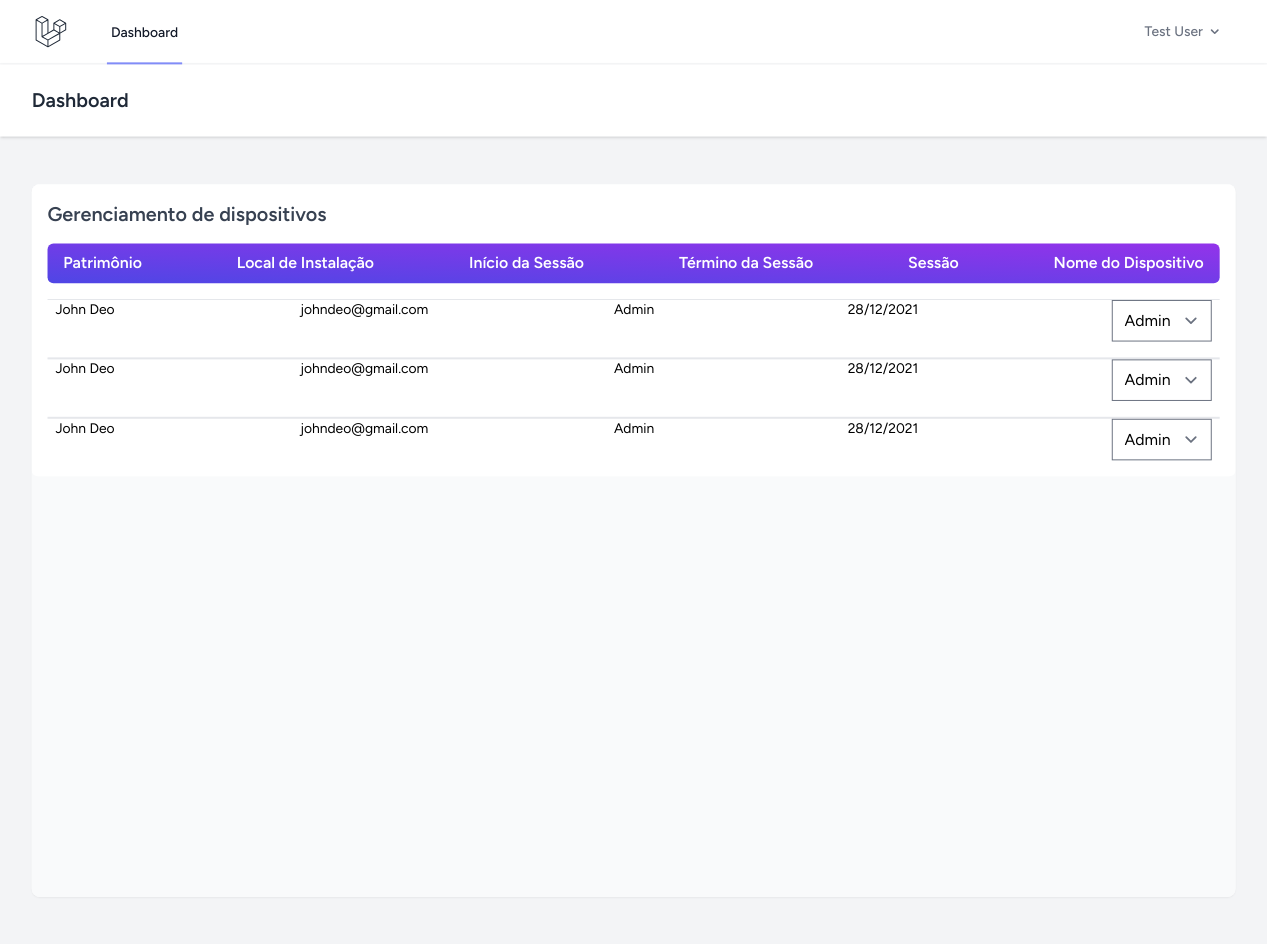
Repository: CrisMorgantee/device-logs
Page: http://localhost/dashboard
An editor plug-in stored every save of this project. The page is shown before and after the next save, followed by the edit.
The browser window is 1280 px wide. The pictures show the whole page, at 99% of full size.
The page is served by the project's Laravel application, run on PHP 8.4 with Laravel 10. A made-up administrator, Test User (test@example.com), is signed in. Other server files are loaded and not shown. Style sheets and scripts are compiled from the project's sources, by tool versions that may differ from the author's.

Above is the page before, as saved 2023-04-14 17:48:51.

### resources/views/dashboard.blade.php
<x-app-layout>
  <x-slot name="header">
    <h2 class="text-xl font-semibold leading-tight text-gray-800">
      {{ __('Dashboard') }}
    </h2>
  </x-slot>

  <div class="py-12">
    <div class="mx-auto max-w-7xl sm:px-6 lg:px-8">
      <div class="overflow-hidden bg-white shadow-sm sm:rounded-lg">
        <div class="min-h-screen bg-gray-50">
          <div class="rounded-md bg-white p-4">
            <div>
              <h2 class="mb-4 text-xl font-bold text-gray-700">Gerenciamento de dispositivos</h2>
              <div>
                <div>
                  <div
                    class="text-md flex justify-between rounded-md bg-gradient-to-tr from-indigo-600 to-purple-600 py-2 px-4 font-bold text-white">
                    <div>
                      <span>Patrimônio</span>
                    </div>
                    <div>
                      <span>Local de Instalação</span>
                    </div>
                    <div>
                      <span>Início da Sessão</span>
                    </div>
                    <div>
                      <span>Término da Sessão</span>
                    </div>
                    <div>
                      <span>Sessão</span>
                    </div>
                    <div>
                      <span>Nome do Dispositivo</span>
                    </div>
                  </div>
                  <div>
                    <div class="mt-4 flex justify-between space-x-4 border-t text-sm font-normal">
                      <div class="flex px-2">
                        <span>John Deo</span>
                      </div>
                      <div>
                        <span>johndeo@gmail.com</span>
                      </div>
                      <div class="px-2">
                        <span>Admin</span>
                      </div>
                      <div class="px-2">
                        <span>28/12/2021</span>
                      </div>
                      <div class="px-2">
                        <select>
                          <option>Admin</option>
                          <option>User</option>
                        </select>
                      </div>
                    </div>
                    <div class="mt-4 flex justify-between space-x-4 border-t-2 text-sm font-normal">
                      <div class="px-2">
                        <span>John Deo</span>
                      </div>
                      <div>
                        <span>johndeo@gmail.com</span>
                      </div>
                      <div class="px-2">
                        <span>Admin</span>
                      </div>
                      <div class="px-2">
                        <span>28/12/2021</span>
                      </div>
                      <div class="px-2">
                        <select>
                          <option>Admin</option>
                          <option>User</option>
                        </select>
                      </div>
                    </div>
                    <div class="mt-4 flex justify-between space-x-4 border-t-2 text-sm font-normal">
                      <div class="px-2">
                        <span>John Deo</span>
                      </div>
                      <div>
                        <span>johndeo@gmail.com</span>
                      </div>
                      <div class="px-2">
                        <span>Admin</span>
                      </div>
                      <div class="px-2">
                        <span>28/12/2021</span>
                      </div>
                      <div class="px-2">
                        <select>
                          <option>Admin</option>
                          <option>User</option>
                        </select>
                      </div>
                    </div>
                  </div>
                </div>
              </div>
            </div>
          </div>
        </div>
      </div>
    </div>
</x-app-layout>

Loaded but not shown: app/Providers/AppServiceProvider.php (common file); routes/web.php (common file); routes/auth.php (common file); app/Http/Controllers/Auth/EmailVerificationPromptController.php (common file); app/Http/Controllers/Controller.php (common file); app/Http/Controllers/Auth/VerifyEmailController.php (common file); app/Models/User.php (common file); app/View/Components/AppLayout.php (common file); resources/views/layouts/app.blade.php (common file); resources/views/layouts/navigation.blade.php (common file); resources/views/components/application-logo.blade.php (common file); resources/views/components/nav-link.blade.php (common file); resources/views/components/dropdown-link.blade.php (common file); resources/views/components/dropdown.blade.php (common file); resources/views/components/responsive-nav-link.blade.php (common file); resources/css/app.css (common file); tailwind.config.js (common file); resources/js/app.js (common file); resources/js/bootstrap.js (common file)

After the next save:
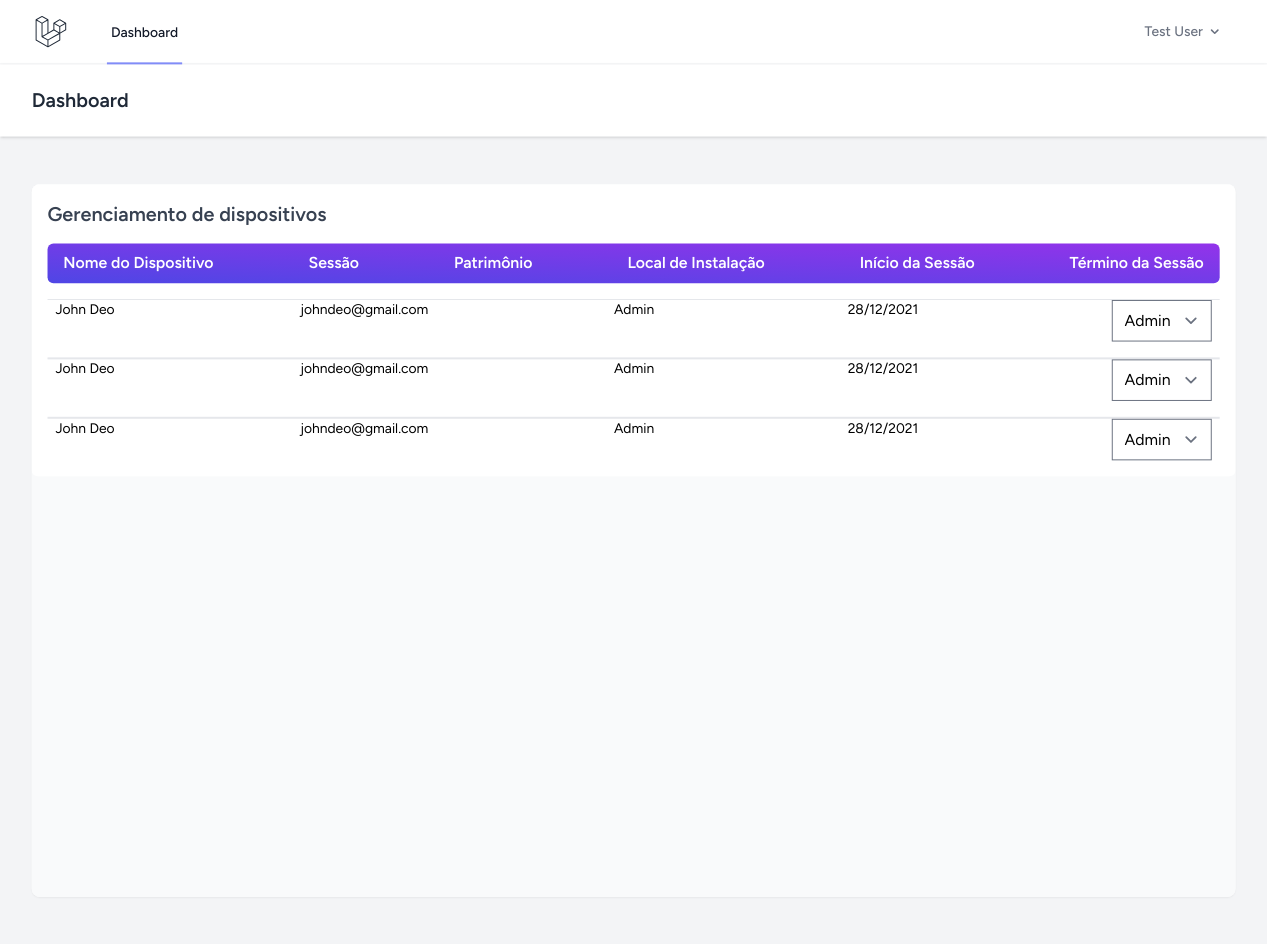
Saved 35 s later.
--- a/resources/views/dashboard.blade.php
+++ b/resources/views/dashboard.blade.php
@@ -17,6 +17,12 @@
                   <div
                     class="text-md flex justify-between rounded-md bg-gradient-to-tr from-indigo-600 to-purple-600 py-2 px-4 font-bold text-white">
                     <div>
+                      <span>Nome do Dispositivo</span>
+                    </div>
+                    <div>
+                      <span>Sessão</span>
+                    </div>
+                    <div>
                       <span>Patrimônio</span>
                     </div>
                     <div>
@@ -28,12 +34,8 @@
                     <div>
                       <span>Término da Sessão</span>
                     </div>
-                    <div>
-                      <span>Sessão</span>
-                    </div>
-                    <div>
-                      <span>Nome do Dispositivo</span>
-                    </div>
+
+
                   </div>
                   <div>
                     <div class="mt-4 flex justify-between space-x-4 border-t text-sm font-normal">
